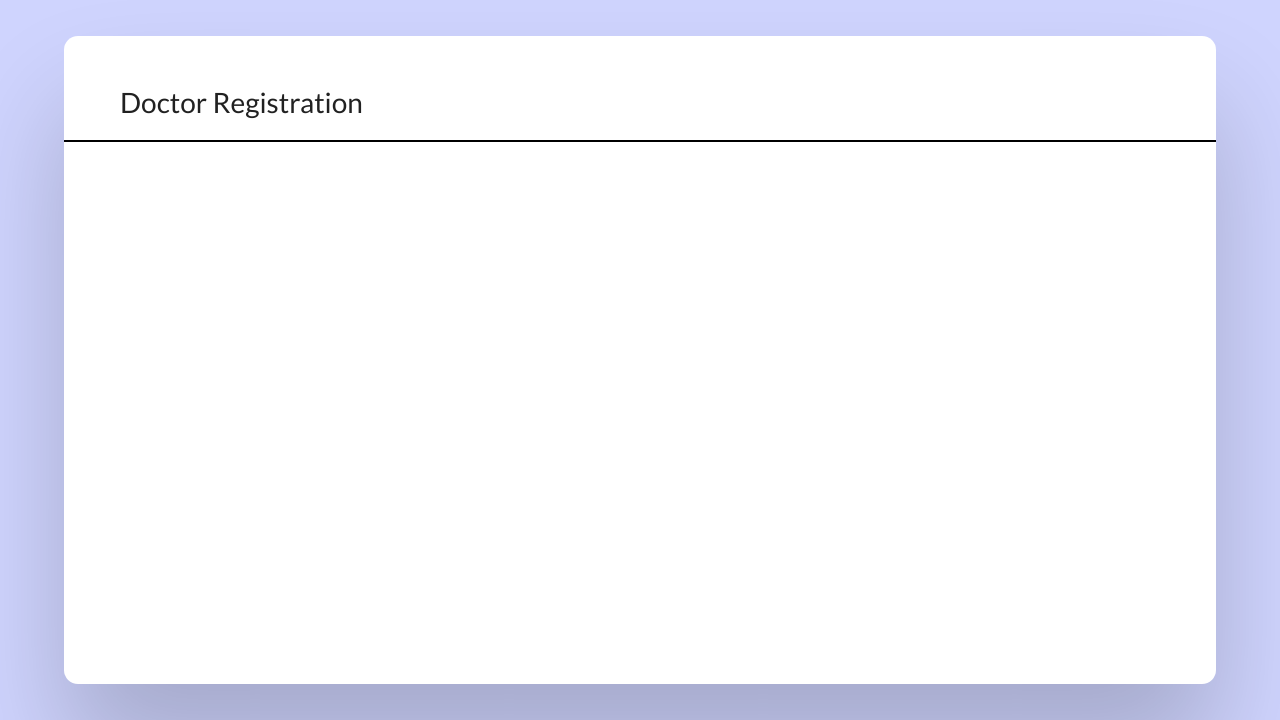
Repository: ajayaj2001/healthcare-digitization
Page: /doctorForm
These files come from the project's save history. The page is drawn as it stood at one moment and after the next save; the edit follows.
The browser window is 1280 px wide. The pictures show the whole page.
The project was rebuilt for these pictures with package versions that can differ from the ones it lists, and the page was loaded fresh each time. Also part of the build but not shown: src/component/userType/UserType.scss, src/component/userType/UserType.js, src/component/login/Login.scss, src/component/login/loginForm/LoginForm.scss, src/component/login/loginForm/LoginForm.js, src/component/login/Login.js, src/component/register/Register.scss, src/component/register/registerForm/RegisterForm.scss and 2 more.

Above is the page before, as saved 2021-03-13 10:37:58.

After the next save:
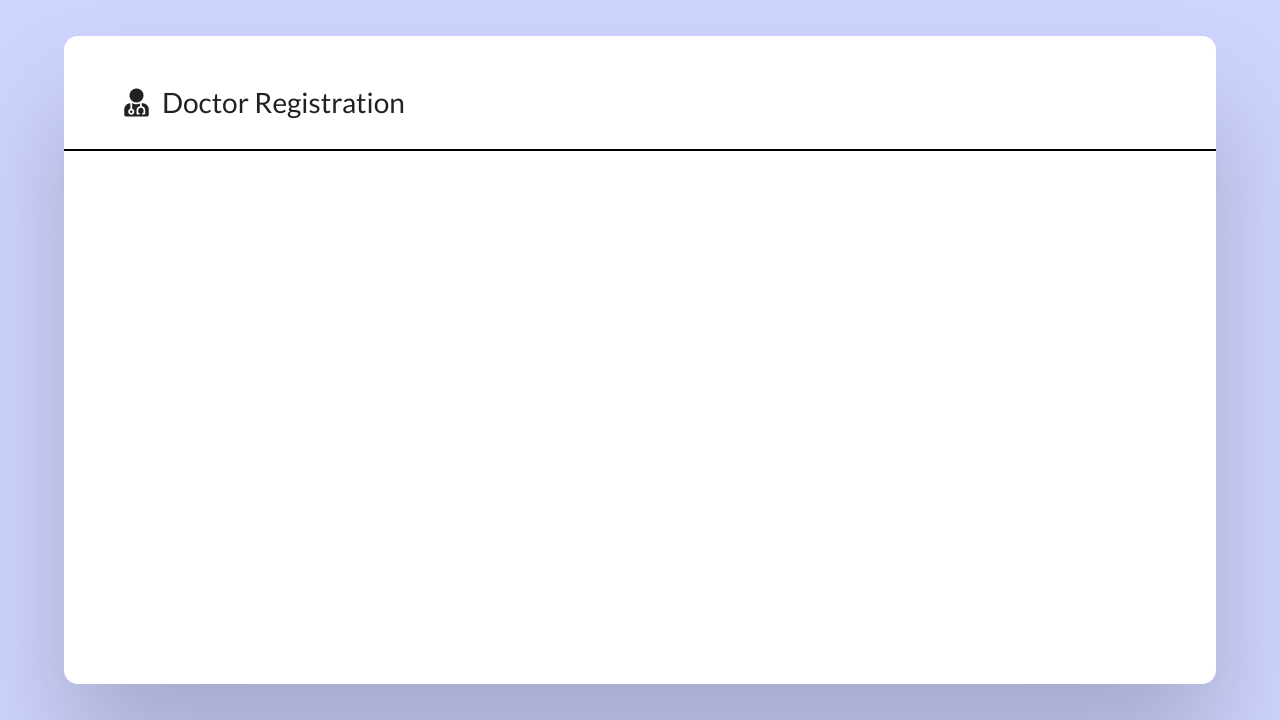
Saved 86 s later.
--- a/src/component/doctorForm/DoctorForm.js
+++ b/src/component/doctorForm/DoctorForm.js
@@ -1,12 +1,12 @@
 import React from 'react'
 import './DoctorForm.scss'
-import { Form, Input, TextArea, Button, Select } from 'semantic-ui-react'
+import { Form, Input, TextArea, Button, Select, Icon } from 'semantic-ui-react'
 
 const DoctorForm = () => {
     return (
         <div className="doctorForm__container">
             <div className="doctorForm__main">
-                <div className="doctorForm__heading">Doctor Registration</div>
+                <div className="doctorForm__heading"><Icon name="user doctor"/> Doctor Registration</div>
             </div>
         </div>
     )
